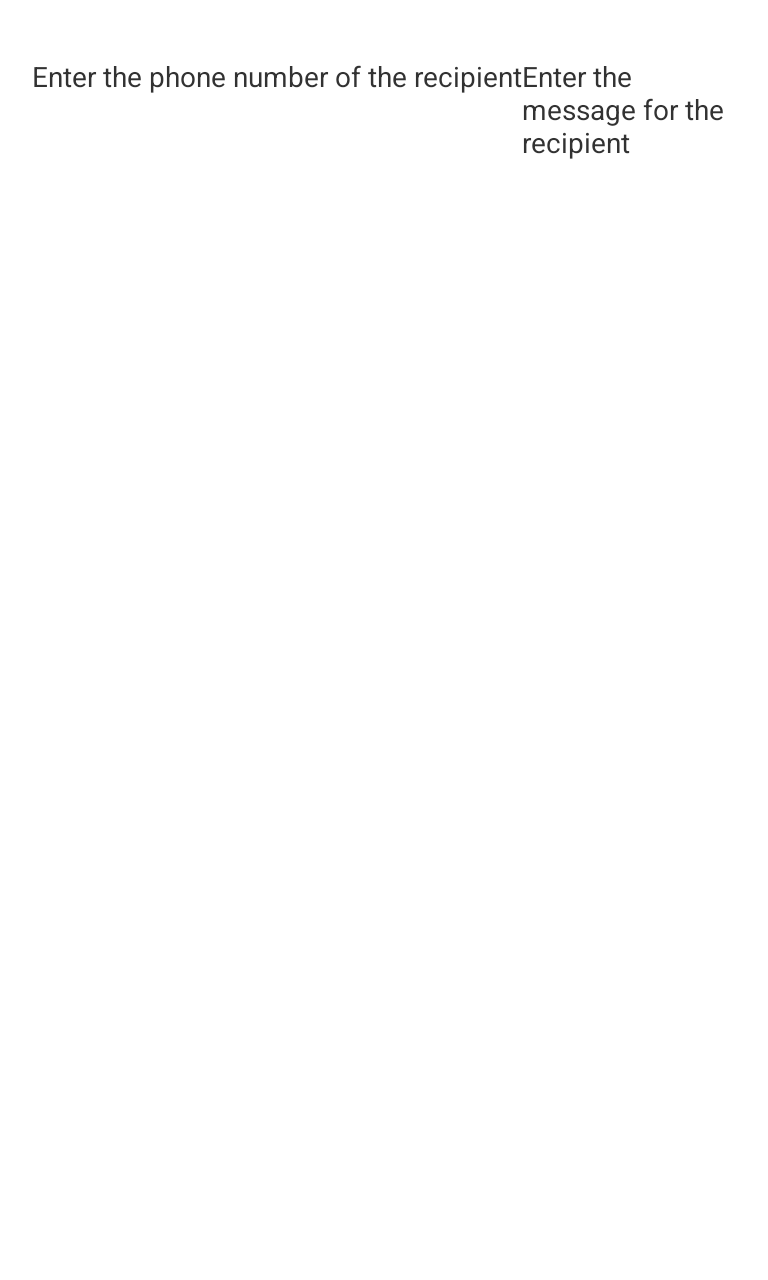
Repository: vedharish/PersonalProjects
Layout: RssToSms/res/layout/activity_send_sms.xml
These files come from the project's save history. The layout is drawn as it stood at one moment and after the next save; the edit follows.
It is drawn on a 768 x 1280 px phone screen (xhdpi) without system bars, with theme AppTheme; the app's code is not run.

Above is the layout before, as saved 2013-08-12 06:02:17.

After the next save:
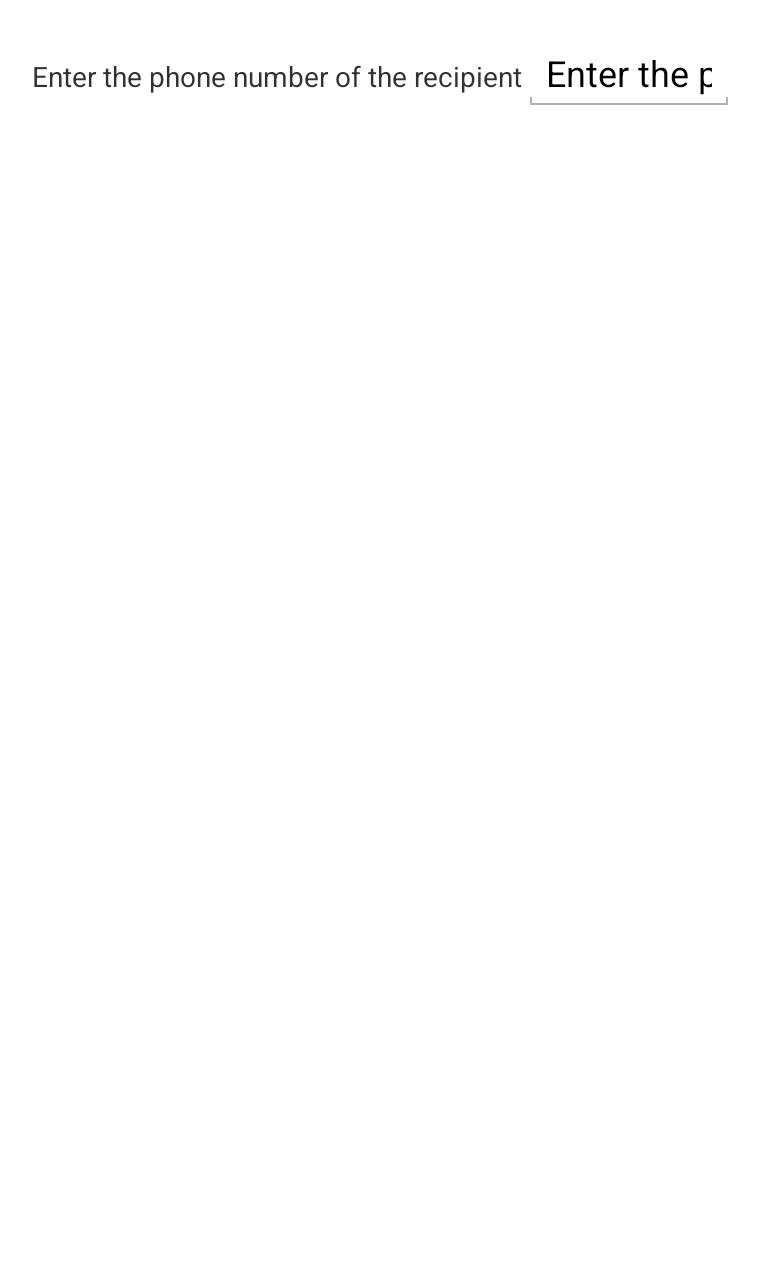
Saved 64 s later.
--- a/RssToSms/res/layout/activity_send_sms.xml
+++ b/RssToSms/res/layout/activity_send_sms.xml
@@ -15,6 +15,7 @@
         android:text="@string/phone_number_label" />
     <EditText
         android:id="@+id/txtPhoneNumber"
+        android:layout_width="wrap_content"
         android:layout_height="wrap_content"
         android:text="@string/phone_number_label"
         android:inputType="phone" />
